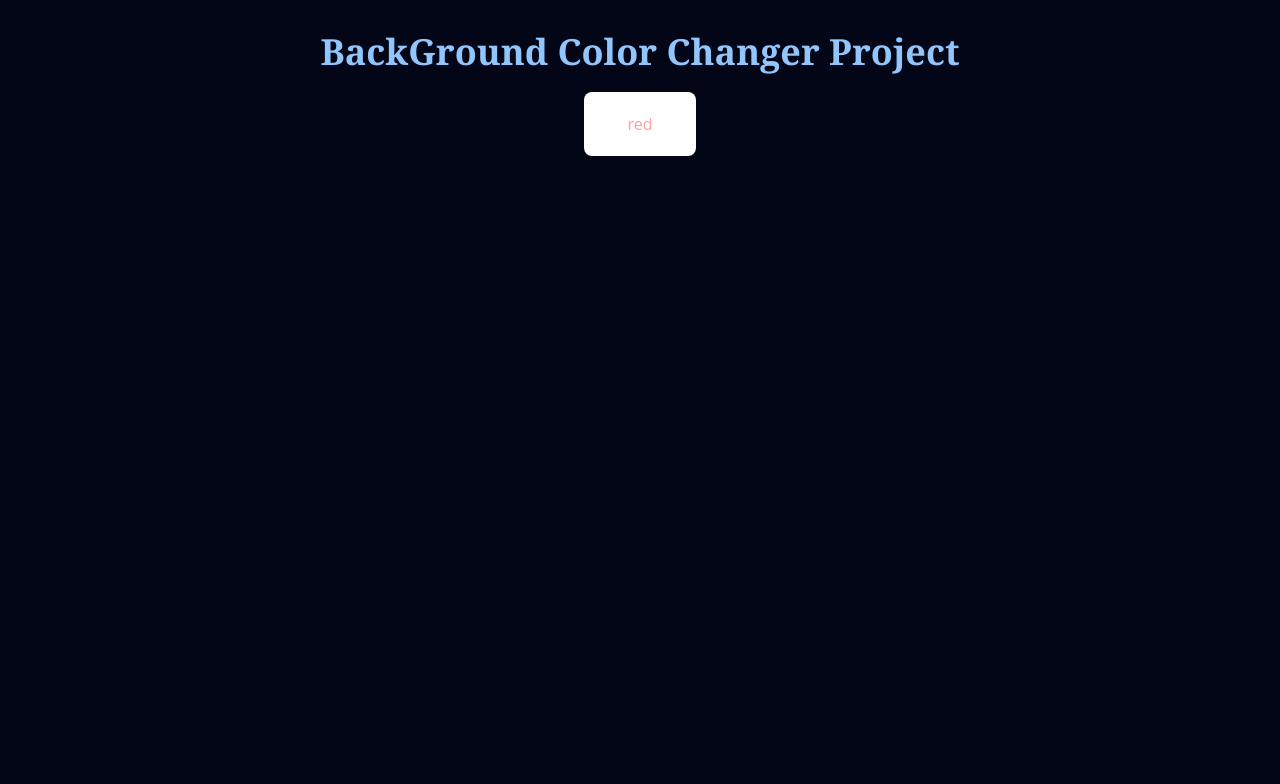
Repository: ChaitanyMishra/react-daily-work
Page: / (app in day-04-react/bg_color_changer/)
An editor plug-in stored every save of this project. The page is shown before and after a run of saves, followed by the edit.
The browser window is 1280 px wide. The pictures show the whole page.
The project was rebuilt for these pictures with package versions that can differ from the ones it lists, and the page was loaded fresh each time. Also part of the build but not shown: day-04-react/bg_color_changer/vite.config.js.

Above is the page before, as saved 2025-06-20 16:49:47.

After the next 2 saves:
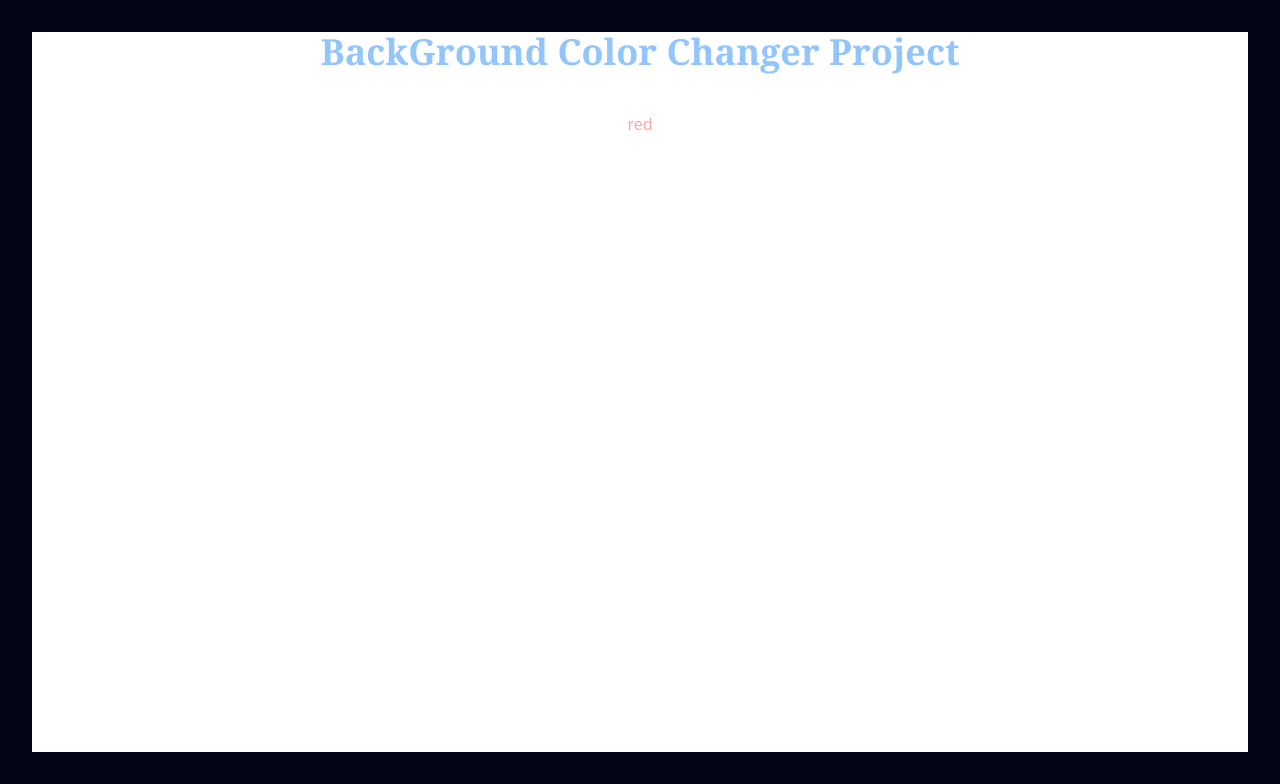
The 2 saves are shown as one change because they came seconds apart.
The last was saved 8 s later.
--- a/day-04-react/bg_color_changer/src/App.jsx
+++ b/day-04-react/bg_color_changer/src/App.jsx
@@ -7,7 +7,7 @@
   const [colorState , changeColor] = useState("olvie")
 
   return (
-    <div className='w-full h-screen'>
+    <div className='w-full h-screen bg-white'>
     <h1 className='text-4xl font-serif font-bold text-blue-300 '>BackGround Color Changer Project</h1>
      <button className="bg-white text-red-300 m-5 p-5 rounded-lg w-[7rem]  ">red</button>
     <ColorChangeButton />

After the save that followed:
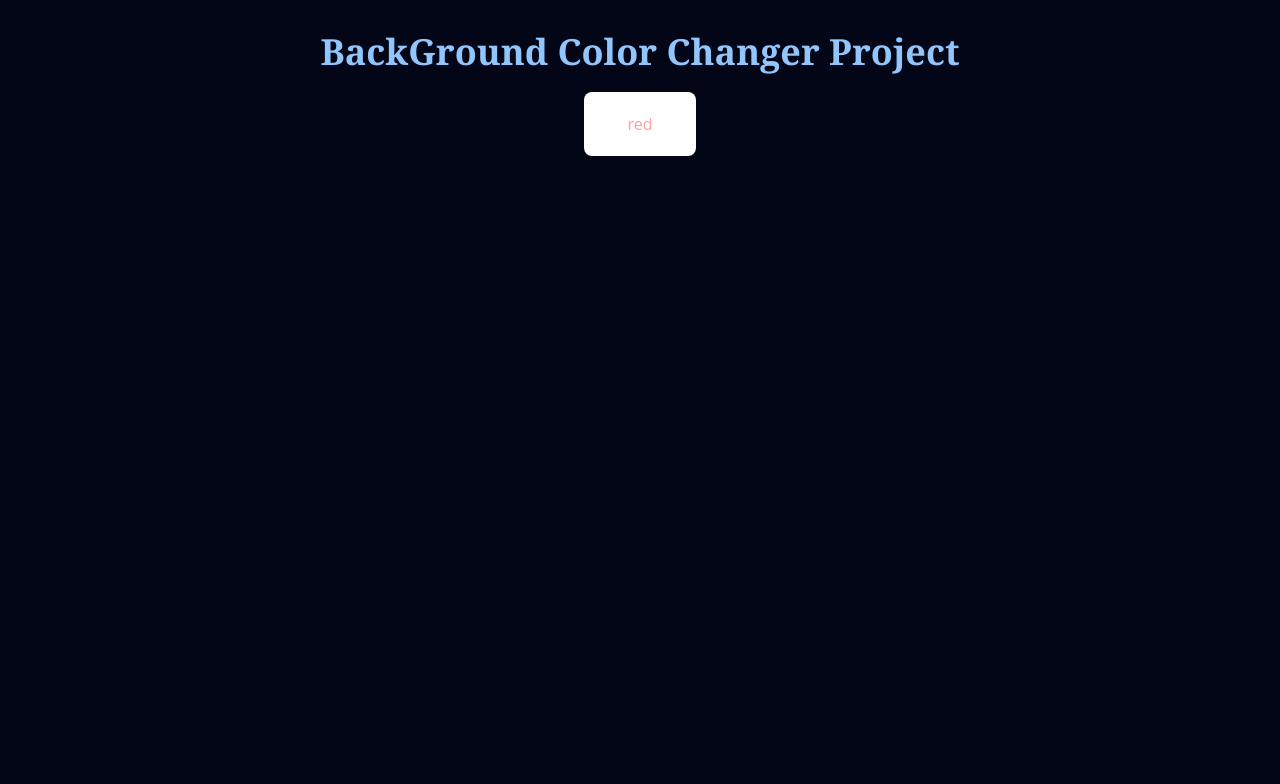
Saved 7 s later.
--- a/day-04-react/bg_color_changer/src/App.jsx
+++ b/day-04-react/bg_color_changer/src/App.jsx
@@ -7,7 +7,7 @@
   const [colorState , changeColor] = useState("olvie")
 
   return (
-    <div className='w-full h-screen bg-white'>
+    <div className='w-full h-screen bg-'>
     <h1 className='text-4xl font-serif font-bold text-blue-300 '>BackGround Color Changer Project</h1>
      <button className="bg-white text-red-300 m-5 p-5 rounded-lg w-[7rem]  ">red</button>
     <ColorChangeButton />
